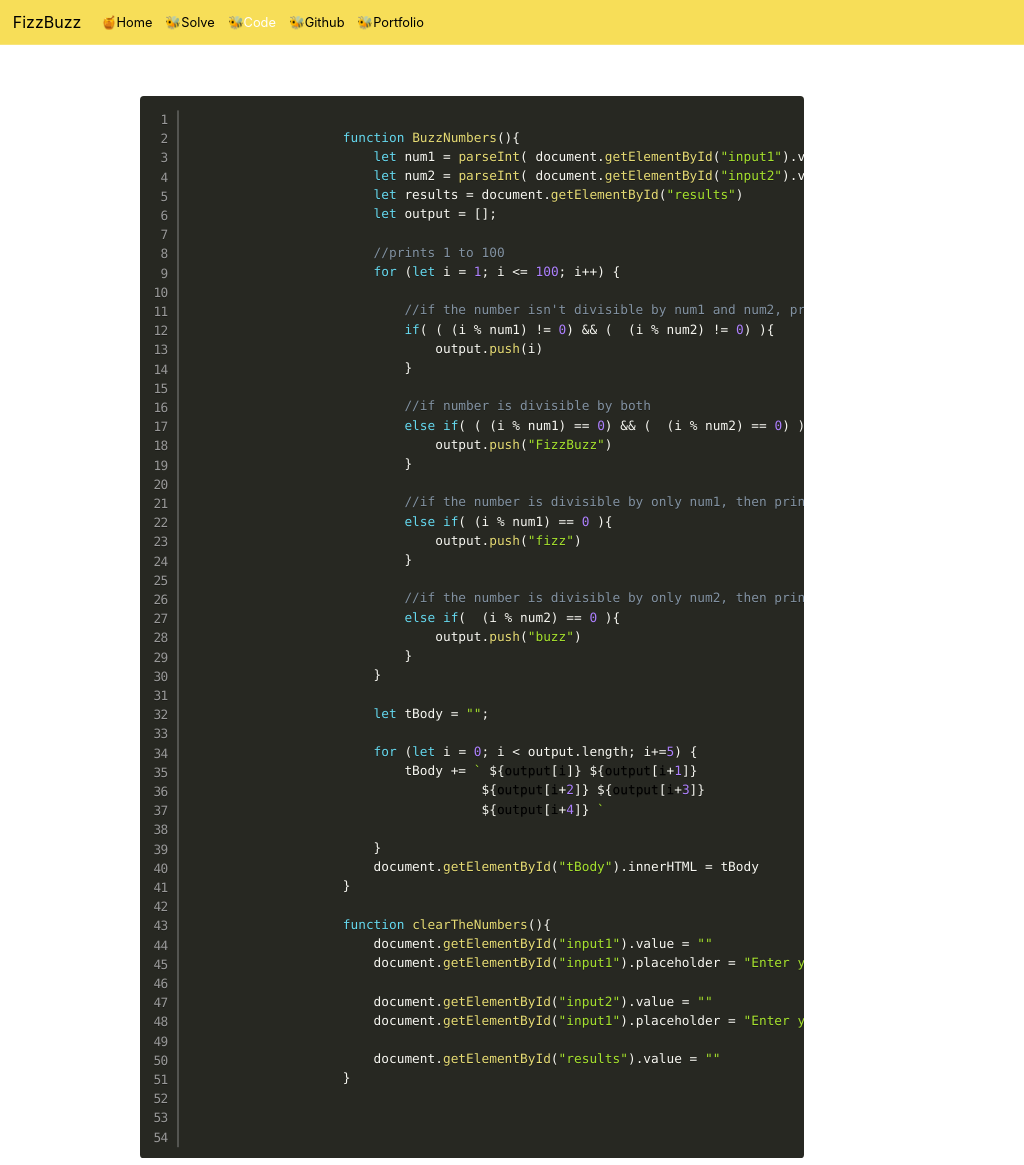
Repository: zhadjah9559/FizzBuzz
Page: code.html
These files come from the project's save history. The page is drawn as it stood at one moment and after the next save; the edit follows.
The browser window is 1280 px wide. The pictures show the whole page, at 80% of full size.

Above is the page before, as saved 2021-01-15 15:11:44.

After the next save:
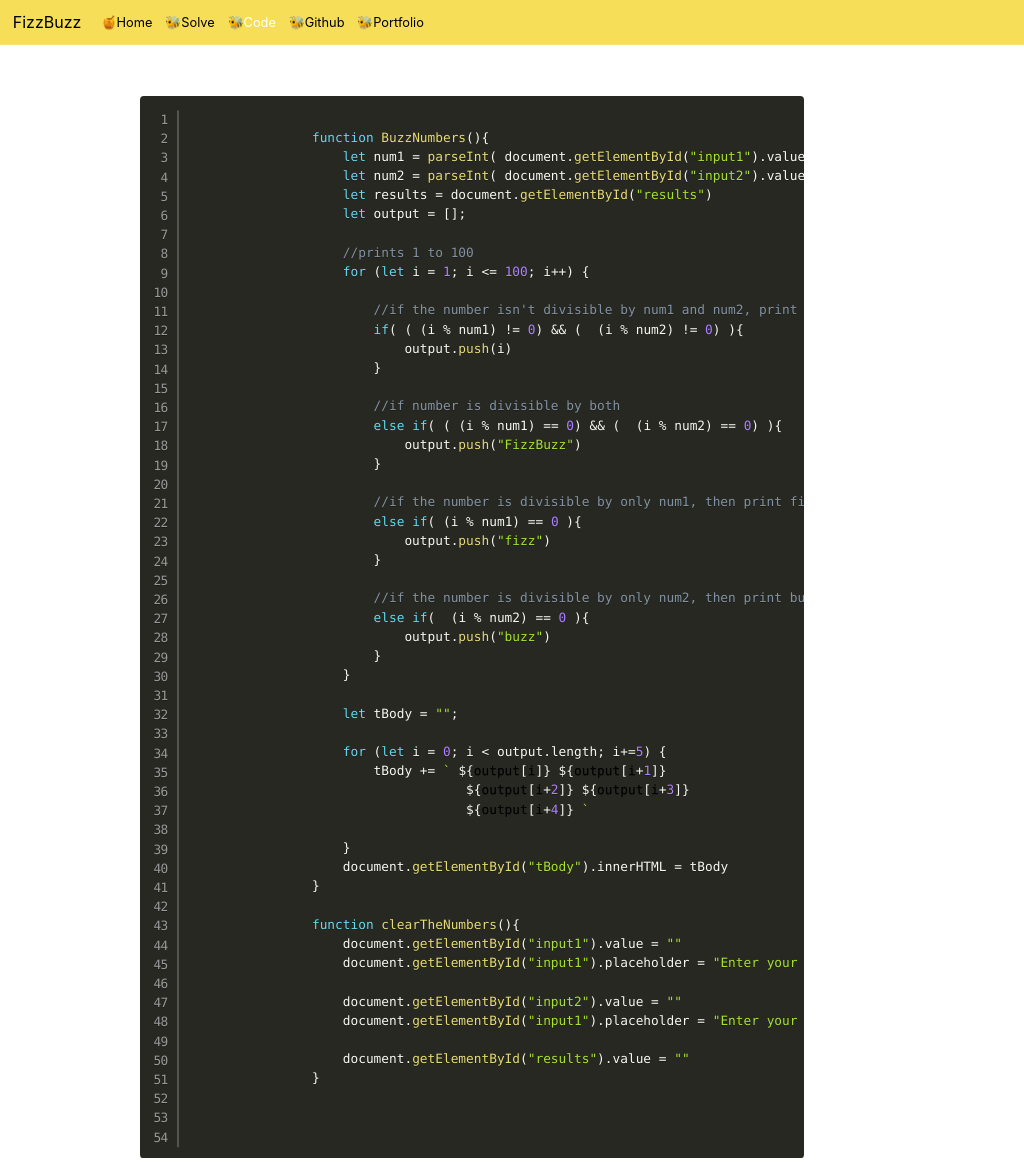
Saved 26 s later.
--- a/code.html
+++ b/code.html
@@ -47,56 +47,56 @@
             <div class="col">
 
                 <pre class="line-numbers"><code class="language-javascript">
-                    function BuzzNumbers(){
-                        let num1 = parseInt( document.getElementById("input1").value )
-                        let num2 = parseInt( document.getElementById("input2").value )
-                        let results = document.getElementById("results")
-                        let output = [];
+                function BuzzNumbers(){
+                    let num1 = parseInt( document.getElementById("input1").value )
+                    let num2 = parseInt( document.getElementById("input2").value )
+                    let results = document.getElementById("results")
+                    let output = [];
 
-                        //prints 1 to 100
-                        for (let i = 1; i <= 100; i++) {
+                    //prints 1 to 100
+                    for (let i = 1; i <= 100; i++) {
 
-                            //if the number isn't divisible by num1 and num2, print the number itself
-                            if( ( (i % num1) != 0) && (  (i % num2) != 0) ){
-                                output.push(i)
-                            }
-
-                            //if number is divisible by both
-                            else if( ( (i % num1) == 0) && (  (i % num2) == 0) ){
-                                output.push("FizzBuzz")
-                            }
-
-                            //if the number is divisible by only num1, then print fizz
-                            else if( (i % num1) == 0 ){
-                                output.push("fizz")
-                            }
-
-                            //if the number is divisible by only num2, then print buzz
-                            else if(  (i % num2) == 0 ){
-                                output.push("buzz")
-                            }
+                        //if the number isn't divisible by num1 and num2, print the number itself
+                        if( ( (i % num1) != 0) && (  (i % num2) != 0) ){
+                            output.push(i)
                         }
 
-                        let tBody = "";
+                        //if number is divisible by both
+                        else if( ( (i % num1) == 0) && (  (i % num2) == 0) ){
+                            output.push("FizzBuzz")
+                        }
 
-                        for (let i = 0; i < output.length; i+=5) {
-                            tBody += `<tr> <td>${output[i]}</td> <td>${output[i+1]}</td>
-                                      <td>${output[i+2]}</td> <td>${output[i+3]}</td>
-                                      <td>${output[i+4]}</td> </tr>`
+                        //if the number is divisible by only num1, then print fizz
+                        else if( (i % num1) == 0 ){
+                            output.push("fizz")
+                        }
 
+                        //if the number is divisible by only num2, then print buzz
+                        else if(  (i % num2) == 0 ){
+                            output.push("buzz")
                         }
-                        document.getElementById("tBody").innerHTML = tBody
                     }
 
-                    function clearTheNumbers(){
-                        document.getElementById("input1").value = ""
-                        document.getElementById("input1").placeholder = "Enter your Fizz number"
+                    let tBody = "";
 
-                        document.getElementById("input2").value = ""
-                        document.getElementById("input1").placeholder = "Enter your fizz number"
+                    for (let i = 0; i < output.length; i+=5) {
+                        tBody += `<tr> <td>${output[i]}</td> <td>${output[i+1]}</td>
+                                    <td>${output[i+2]}</td> <td>${output[i+3]}</td>
+                                    <td>${output[i+4]}</td> </tr>`
 
-                        document.getElementById("results").value = ""
                     }
+                    document.getElementById("tBody").innerHTML = tBody
+                }
+
+                function clearTheNumbers(){
+                    document.getElementById("input1").value = ""
+                    document.getElementById("input1").placeholder = "Enter your Fizz number"
+
+                    document.getElementById("input2").value = ""
+                    document.getElementById("input1").placeholder = "Enter your fizz number"
+
+                    document.getElementById("results").value = ""
+                }
 
 
             </code></pre>
